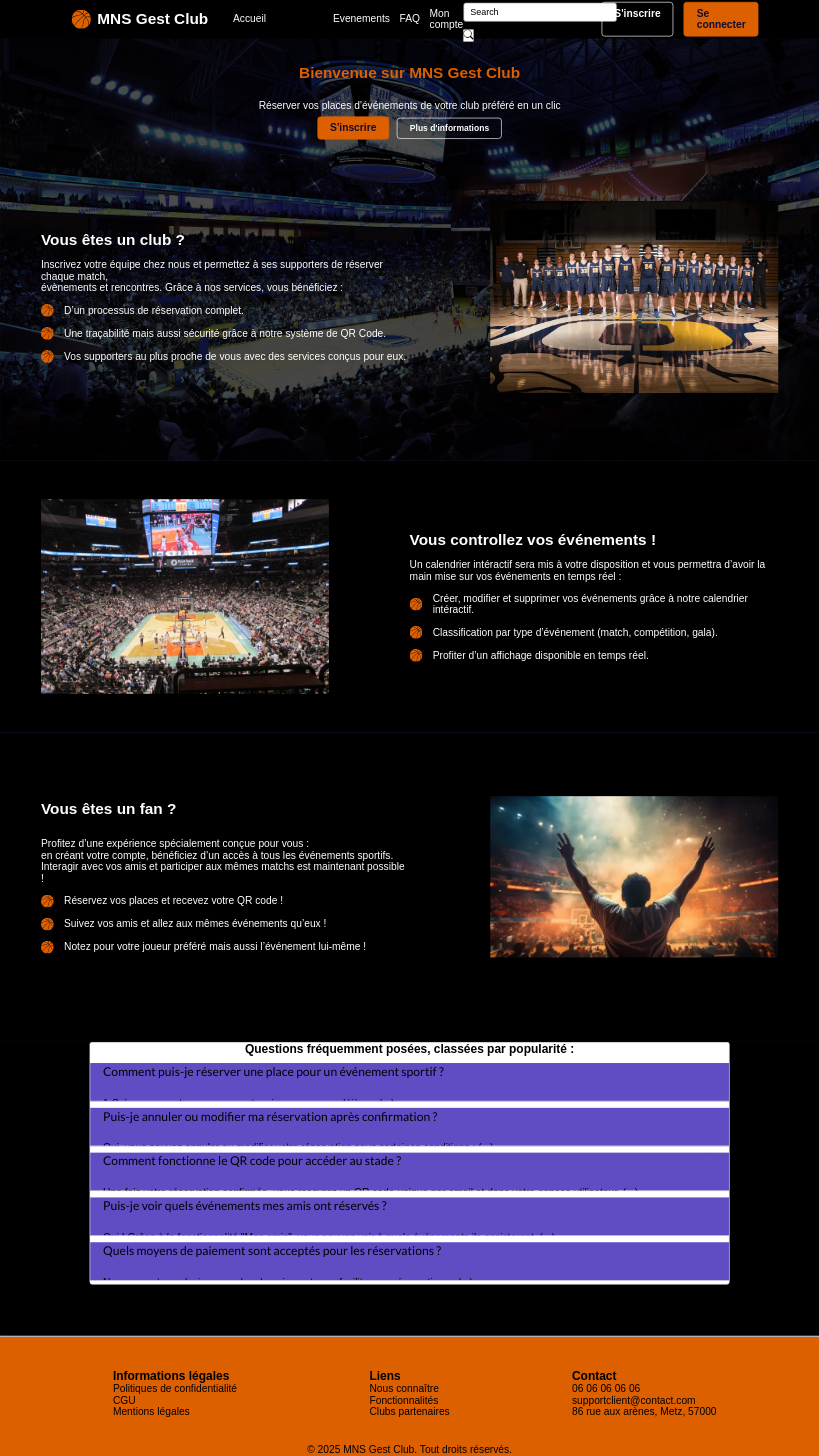
Repository: Sgrini/projetfilrouge
Page: http://localhost/
An editor plug-in stored every save of this project. The page is shown before and after the next save, followed by the edit.
The browser window is 1280 px wide. The pictures show the whole page, at 64% of full size.
Some web fonts or font styles are not loaded; a fallback is used. The page is run by PHP 8.4 with error messages shown; the project is at /var/www/html/.

Above is the page before, as saved 2025-05-07 14:51:14.

After the next save:
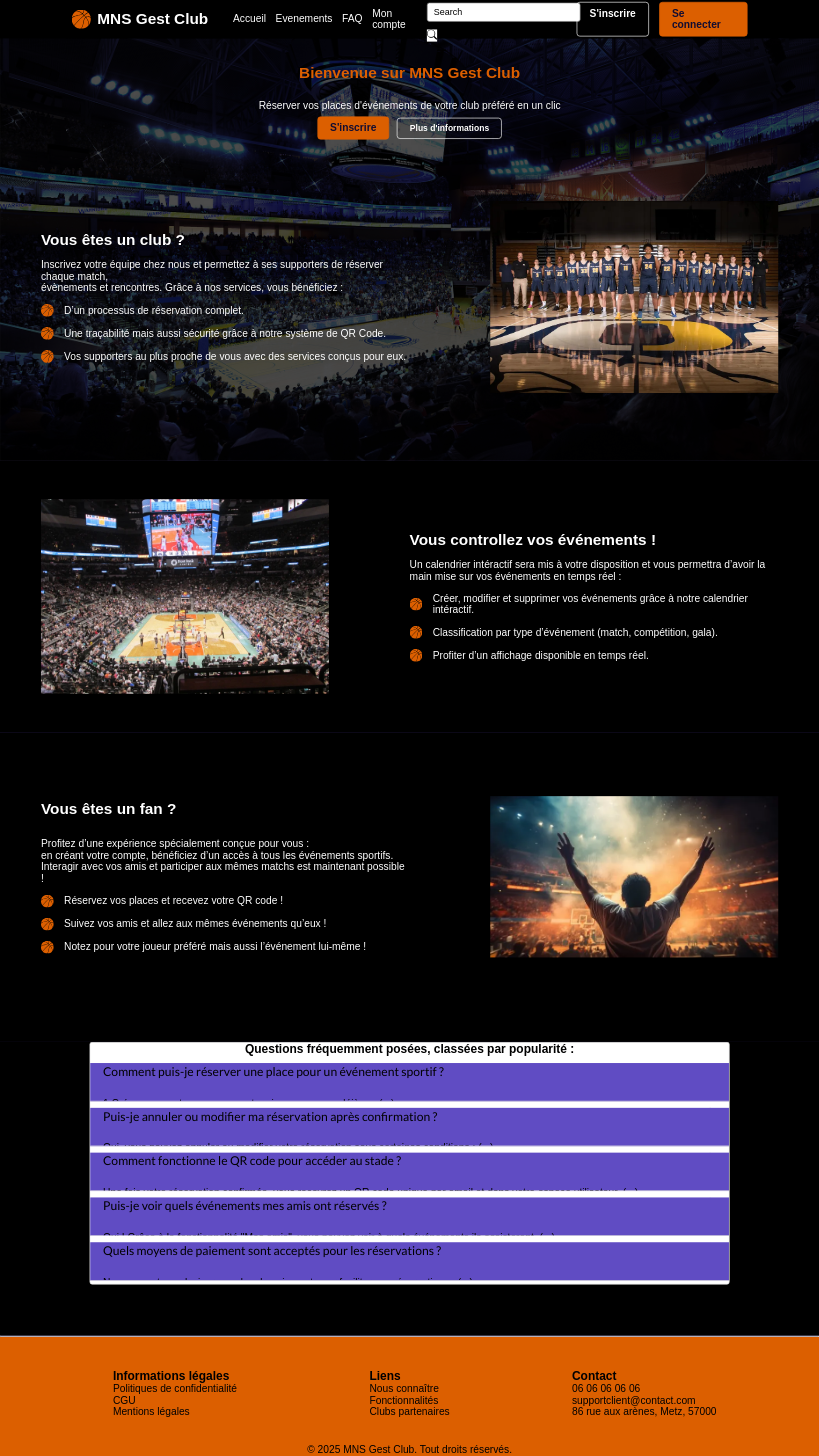
Saved 84 s later.
--- a/index.php
+++ b/index.php
@@ -25,7 +25,6 @@
         <div class="navbar__main">
           <ul class="links">
             <li><a class="nav__link" href="index.php">Accueil</a></li>
-            <?php var_dump(estAdmin()); ?>
             <?php if (!estAdmin()): ?>
               <li><a class="nav__link" href="events.php">Evenements</a></li>
               <li><a class="nav__link" href="#foire_aux_questions">FAQ</a></li>
